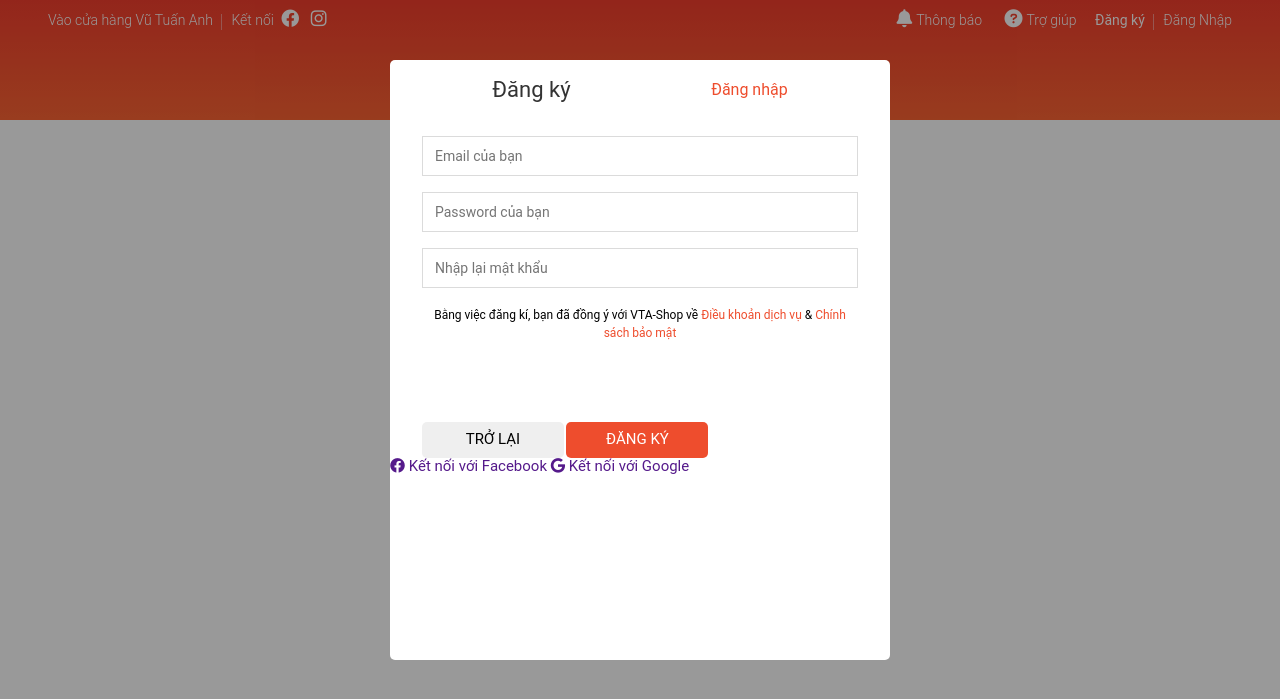
Repository: VuTuanAnh0949/Shopee
Page: index.html
The author's editor kept a copy of each file at every save. The page is drawn from the files as they stood at one save, then again after the next save.
The browser window is 1280 px wide. The pictures show the whole page.

Above is the page before, as saved 2022-02-15 09:24:52.

### index.html
<!DOCTYPE html>
<html lang="en">

<head>
    <meta charset="UTF-8" />
    <meta http-equiv="X-UA-Compatible" content="IE=edge" />
    <meta name="viewport" content="width=device-width, initial-scale=1.0" />
    <title>Shopee</title>
    <link rel="stylesheet" href="https://cdnjs.cloudflare.com/ajax/libs/normalize/8.0.1/normalize.min.css" />
    <link rel="stylesheet" href="./assets/css/base.css" />
    <link rel="stylesheet" href="./assets/css/main.css" />
    <link rel="stylesheet" href="./assets/fonts/fontawesome-free-6.0.0-web/css/all.min.css">
    <link rel="stylesheet" href="https://fonts.googleapis.com/css?family-Roboto:300, 400, 500,78
0&display=swap&subset=vietnamese" rel="stylesheet" />

</head>

<body>
    <!-- Block Element Modifier -->
    <div class="app">
        <header class="header">
            <div class="grid">
                <nav class="header__navbar">
                    <ul class="header__navbar-list">
                        <li class="header__navbar-item header__navbar-item--has-qr header__navbar-item--separate">Vào cửa hàng Vũ Tuấn Anh
                            <div class="header__qr">
                                <img src="./assets/img/QR_code.png" alt="QR Code" class="header__qr-img">
                                <div class="header__qr-apps">
                                    <a href="" class="header__qr-link"><img src="./assets/img/Google_Play.png" alt="Google Play" class="header__qr-dowload-img">
                                    </a>
                                    <img src="./assets/img/App_store.png" alt="App Store" class="header__qr-dowload-img">
                                </div>
                            </div>
                        </li>
                        <li class="header__navbar-item">
                            <span class="header__navbar-title--no-pointer">Kết nối</span>
                            <a href="" class="header__navbar-icon-link"><i class="header__navbar-icon fa-brands fa-facebook"></i></a>
                            <a href="" class="header__navbar-icon-link"><i class="header__navbar-icon fa-brands fa-instagram"></i></a>
                        </li>
                    </ul>

                    <ul class="header__navbar-list">
                        <li class="header__navbar-item header__navbar-item--has-notification">
                            <a href="" class="header__navbar-item-link"><i class="header__navbar-icon fa-solid fa-bell"></i>Thông báo</a>
                            <div class="header__notification">
                                <header class="header__notification-header">
                                    <h3>Thông báo mới nhận</h3>
                                </header>
                                <ul class="header__notification-list">
                                    <li class="header__notification-item header__notification-viewed">
                                        <a href="" class="header__notification-link">
                                            <img src="https://cf.shopee.vn/file/a2344384834f0903b232953bf8e1d283_tn" alt="" class="header__notification-img">
                                            <div class="header__notification-info">
                                                <span class="header__notification-name">Bàn Phím cơ chính hãng K400-Đen</span>
                                                <span class="header__notification-descriotion">Bàn phím cơ máy tính gaming K550 Pro full Led 7 chế độ hiệu ứng là mẫu bàn phím phù hợp cho văn phòng và game thủ</span>
                                            </div>
                                        </a>
                                    </li>
                                    <li class="header__notification-item">
                                        <a href="" class="header__notification-link">
                                            <img src="https://cf.shopee.vn/file/fbd0d6cd59ae0c260cbdd8d2bdccbe06_tn" alt="" class="header__notification-img">
                                            <div class="header__notification-info">
                                                <span class="header__notification-name">Bàn phím cơ chính hãng K400-Trắng xanh 1</span>
                                                <span class="header__notification-descriotion">Bàn phím cơ máy tính gaming K550 Pro full Led 7 chế độ hiệu ứng là mẫu bàn phím phù hợp cho văn phòng và game thủ</span>
                                            </div>
                                        </a>
                                    </li>
                                    <li class="header__notification-item ">
                                        <a href="" class="header__notification-link">
                                            <img src="https://cf.shopee.vn/file/26989c24e549299dcfb324055082c553" alt="" class="header__notification-img">
                                            <div class="header__notification-info">
                                                <span class="header__notification-name">Bàn phím cơ chính hãng K400-Trắng xanh 2</span>
                                                <span class="header__notification-descriotion">>Bàn phím cơ máy tính gaming K550 Pro full Led 7 chế độ hiệu ứng là mẫu bàn phím phù hợp cho văn phòng và game thủ</span>
                                            </div>
                                        </a>
                                    </li>
                                </ul>
                                <div class="footer header__notification-footer">
                                    <a href="" class="header__notification-footer-btn">Xem tất cả</a>


                                </div>
                            </div>
                        </li>
                        <li class="header__navbar-item">
                            <a href="" class="header__navbar-item-link"><i class="header__navbar-icon fa-solid fa-circle-question"></i>Trợ giúp</a>
                        </li>
                        <li class="header__navbar-item header__navbar-item--strong header__navbar-item--separate">Đăng ký</li>
                        <li class="header__navbar-item header__navbar-ite--strong"> Đăng Nhập</li>
                    </ul>
                </nav>
            </div>
        </header>
        <div class="container">

        </div>
        <footer class="footer">

        </footer>
    </div>
    <!-- Modal layout -->
    <div class="modal">
        <div class="modal__overlay"></div>

        <div class="modal__body">

            <!-- Authen form -->
            <div class="auth-form">
                <div class="auth-form__container">
                    <div class="auth-form__container"></div>
                    <div class="auth-form__header">
                        <h3 class="auth-form__heading">Đăng ký</h3>
                        <span class="auth-form__switch-btn">Đăng nhập</span>
                    </div>
                    <div class="auth-form__form">
                        <div class="auth-form__group">
                            <input type="text" class="auth-form__input" placeholder="Email của bạn">
                        </div>
                        <div class="auth-form__group">
                            <input type="password" class="auth-form__input" placeholder="Password của bạn">
                        </div>
                        <div class="auth-form__group">
                            <input type="password" class="auth-form__input" placeholder="Nhập lại mật khẩu ">
                        </div>
                    </div>
                    <div class="auth-form__aside">
                        <p class="auth-form__policy-text">
                            Bằng việc đăng kí, bạn đã đồng ý với VTA-Shop về
                            <a href="" class="auth-form__text-link">Điều khoản dịch vụ</a> &
                            <a href="" class="auth-form__text-link">Chính sách bảo mật</a>
                        </p>
                    </div>
                    <div class="auth-form__controls">
                        <button class="btn">TRỞ LẠI</button>
                        <button class="btn btn--primary">ĐĂNG KÝ</button>
                    </div>
                </div>
                <div class="auth-form__socials">
                    <a href="" class="btn btn--with-icon">
                        <i class="fa-brands fa-facebook"></i> Kết nối với Facebook
                    </a>
                    <a href="" class="btn btn--with-icon">
                        <i class="fa-brands fa-google"></i> Kết nối với Google
                    </a>
                </div>
            </div>
        </div>
    </div>
</body>

</html>

### assets/css/base.css
:root {
  --primary-color:#EE4D2D;
  --white-color: #fff;
  --black-color: #000;
  --text-color: #333;
  --border-color:#dbdbdb;
}
* {
  box-sizing: inherit;
}
html {
  font-size: 62.5%;
  line-height: 1.6rem;
  font-family: "Roboto", sans-serif;
  box-sizing: border-box;
}
.grid {
  width: 1200px;
  max-width: 100%;
  margin: 0 auto;
}
.grid__full-width {
  width: 100%;
}
.grid__row {
  display: flex;
  flex-wrap: wrap;
}
/* Animation */
@keyframes fadeIn{
  from{
    opacity: 0;
  }to{
    opacity: 1;
  }
}
/* Modal */
.modal{
  position: fixed;
  top: 0;
  right: 0;
  bottom: 0;
  left: 0;
  display: flex;
}
.modal__overlay{
  position: absolute;
  width: 100%;
  height: 100%;
  background-color: rgba(0,0,0,0.4);
}
.modal__body{
  width: 500px;
  height: 600px;
  background-color: var(--white-color);
  border-radius: 5px;
  margin: auto;
  position: relative;
  z-index: 1;  /* để cho modal nổi lên */
}
/* Button style */
.btn{
  min-width: 142px;
  height: 36px;
  text-decoration: none;
  border:none ;
  border-radius: 5px;
  font-size: 1.5rem;
  padding:0;
  outline: none;
  cursor: pointer;
}
/* .. dùng để css 1 element có 2 class */
.btn.btn--primary{
  color: var(--white-color);
  background-color: var(--primary-color);
  }
.btn.btn-disabled{
  color: #949494;
  cursor: default;
  background-color: #c3c3c3;
}

### assets/css/main.css
.header{
height: 120px;
background-image:linear-gradient(0, #fe6433, #f53e2d) ;
}
.header__navbar{
  display: flex;
  justify-content: space-between;
}
.header__navbar-list{
list-style: none;
padding-left: 0;
margin-top: 9px;
}
.header__navbar-item{
  margin: 0 8px;
  position: relative;
  min-height: 26px;
}
.header__navbar-item--has-qr:hover .header__qr{
  display: block;
}
.header__navbar-item--has-notification:hover .header__notification{
  display: block;
}
.header__navbar-item,
.header__navbar-item-link{
  display:inline-block;
  font-size: 1.4rem;
  color:var(--white-color);
  text-decoration: none;
  font-weight: 300;
}
.header__navbar-item,
.header__navbar-item-link,
.header__navbar-icon-link{
/*   display: flex; */
  align-items: center;
}
.header__qr::before{
  position: absolute;
  left: 0;
  top: -16px;
  width: 100%;
  height: 20px;
  content: "";
  display: block;

}
.header__navbar-item:hover,
.header__navbar-icon-link:hover,
.header__navbar-item-link:hover{
  cursor: pointer;
  color: rgba(255,255,255,0.7);
}
.header__navbar-item--strong{
  font-weight: 400;
}
.header__navbar-item--separate::after{
  content: "";
  display: block;
  position: absolute;
border-left: 1px solid #FB9086;
height: 16px;
right: -9px;
top: 37%;
transform: translateY(-50%);
}
.header__navbar-icon-link{
  color: var(--white-color);
  text-decoration: none;
}
.header__navbar-icon{
  font-size: 1.8rem;
  margin: 0 4px;
}
.header__navbar-title--no-pointer{
  cursor: text;
  color: var(--white-color);
  text-decoration: none;
}
/* Header QR code */
.header__qr{
  width: 180px;
background-color: var(--white-color);
position: absolute;
left: 0;
top: 100%;
padding: 8px;
border-radius: 5px;
display: none;
animation: fadeIn ease-in 0.3s;
}
.header__qr-img{
width: 100%;
}
.header__qr-apps{
display: flex;
justify-content: space-between;
}
.header__qr-link:nth-child(1){
  margin-left: 11px;
}
.header__qr-link:nth-child(2){
  margin-right: 15px;
}
.header__qr-dowload-img{
  height: 16px;
}
/* header__notification */
.header__notification{
position: absolute ;
top: 27px;
right: 0;
width: 404px;
background-color: var(--white-color);
border-radius: 5px;
border: 1px solid #D3D3D3;
cursor: default;
transform-origin:90% top;
animation:  headerNotificationGrowth ease-in 0.2s;
will-change: opacity, transform;
display: none;
}
.header__notification::before{
content: "";
border-width:20px 30px ;
border-style: solid;
/* Tạo một lớp giá */
border-color:transparent transparent var(--white-color) transparent;
position: absolute;
right: 6px;
top: -30px;
}
/* Giúp di chuột vào quả chuông cạnh nút thông báo không bị mất list thông báo */
.header__notification::after{
  content: "";
  display: block;
  position: absolute;
  height: 20px;
  width: 90px;
  top: -16px;
  right: 0;
 }
@keyframes headerNotificationGrowth{
  from{
    opacity: 0;
    transform: scale(0);
  }to{
    opacity: 1;
    transform: scale(1);
  }
}
.header__notification-header{
  height: 40px;
  background-color: var(--white-color);
  border-radius: 5px;
}
.header__notification-header h3{
  color: #999;
  margin: 0 0 0 12px;
  width: 400;
  font-size: 1.4rem;
  line-height: 40px;
  user-select: none;  /* không cho coppy */
}
.header__notification-list{
padding-left: 0;
}
.header__notification-item{
display: flex;

}
.header__notification-item:hover{
  background-color: #f7f7f7
}
.header__notification-viewed{
  background-color: rgba(238,75,43,0.08);

}
.header__notification-link{
  display: flex;
  width: 100%;
  padding: 12px;
  text-decoration: none;
}
.header__notification-img{
width: 48px;
object-fit: contain;
}
.header__notification-info{
margin-left: 12px;
}
.header__notification-name{
display: block;
font-size: 1.4rem;
color: var(--text-color);
font-weight: 400px;
line-height: 1.8rem;
}
.header__notification-descriotion{
display: block;
font-size: 1.2rem;
line-height: 1.6rem;
color: #765F6E;
margin-top: 4px;
}
.header__notification-footer{
 display: flex;
}
.header__notification-footer-btn{
  text-decoration: none;
  color:var(--text-color);
  width: 100%;
  padding: 8px 0;
  margin: auto;
  font-size: 1.4rem;
  font-weight: 400;
  text-align: center;
}
/* Authen modal */
.auth-form{
  width: 500px;
}
.auth-form__container{
  padding: 0 32px;
}
.auth-form__header{
  display: flex;
  align-items: center;
  justify-content: space-around;
}
.auth-form__heading{
  font-size: 2.2rem;
  font-weight:400;
  color: var(--text-color);
}
.auth-form__switch-btn{
  font-size: 1.6rem;
  font-weight:400;
  color: var(--primary-color);
  cursor: pointer;
}
.auth-form__form{
}
.auth-form__input{
  width: 100%;
  height: 40px;
  margin-top: 16px;
  padding: 0 12px;
  font-size: 1.4rem;
  border: 1px solid var(--border-color);
  outline: none;
}
/*Dí chuột vào ô input => ô input nháy chuột  */
.auth-form__input:focus{
border-color: #777;
}
.auth-form__aside{
  margin-top: 18px;
}
.auth-form__policy-text{
  font-size: 1.2rem;
  line-height: 1.8rem;
  text-align: center;
  padding: 0 3px;
}
.auth-form__text-link{
  color: var(--primary-color);
  text-decoration: none;
}
.auth-form__controls{
  margin-top: 80px;
}

Loaded but not shown: assets/fonts/fontawesome-free-6.0.0-web/css/all.min.css (library)

After the next save:
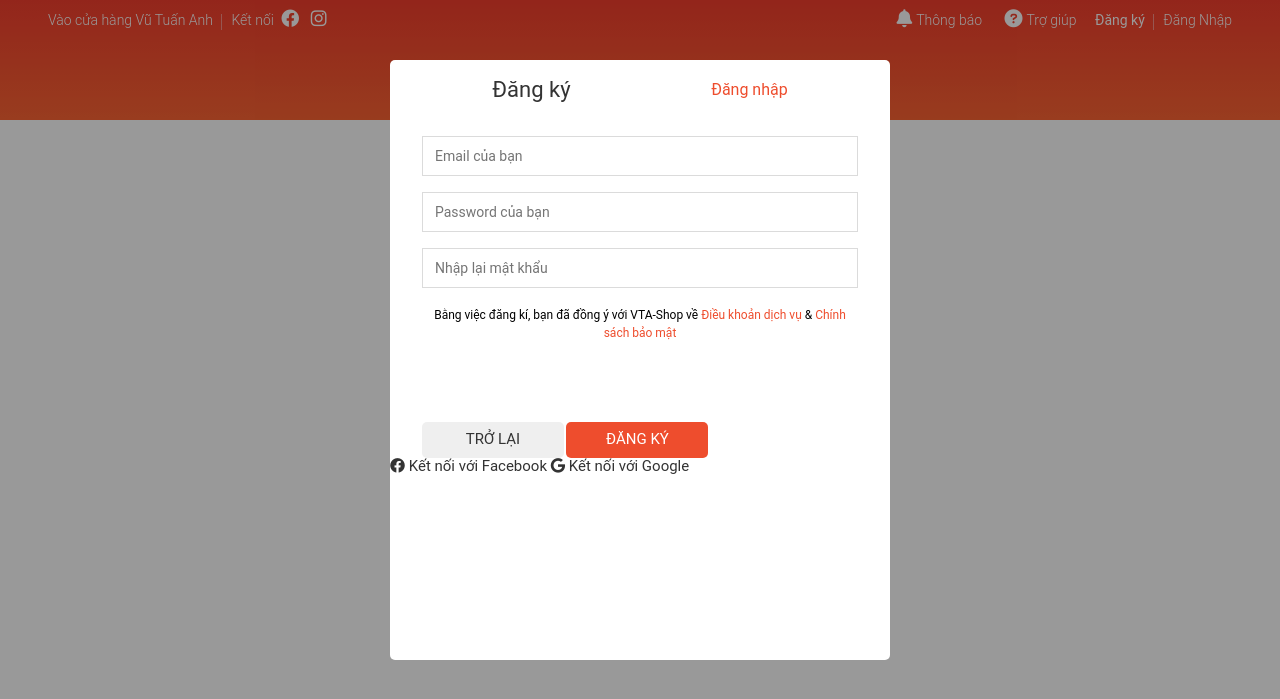
Saved 20 s later.
--- a/assets/css/base.css
+++ b/assets/css/base.css
@@ -69,6 +69,7 @@ html {
   padding:0;
   outline: none;
   cursor: pointer;
+  color: var(--text-color);
 }
 /* .. dùng để css 1 element có 2 class */
 .btn.btn--primary{
